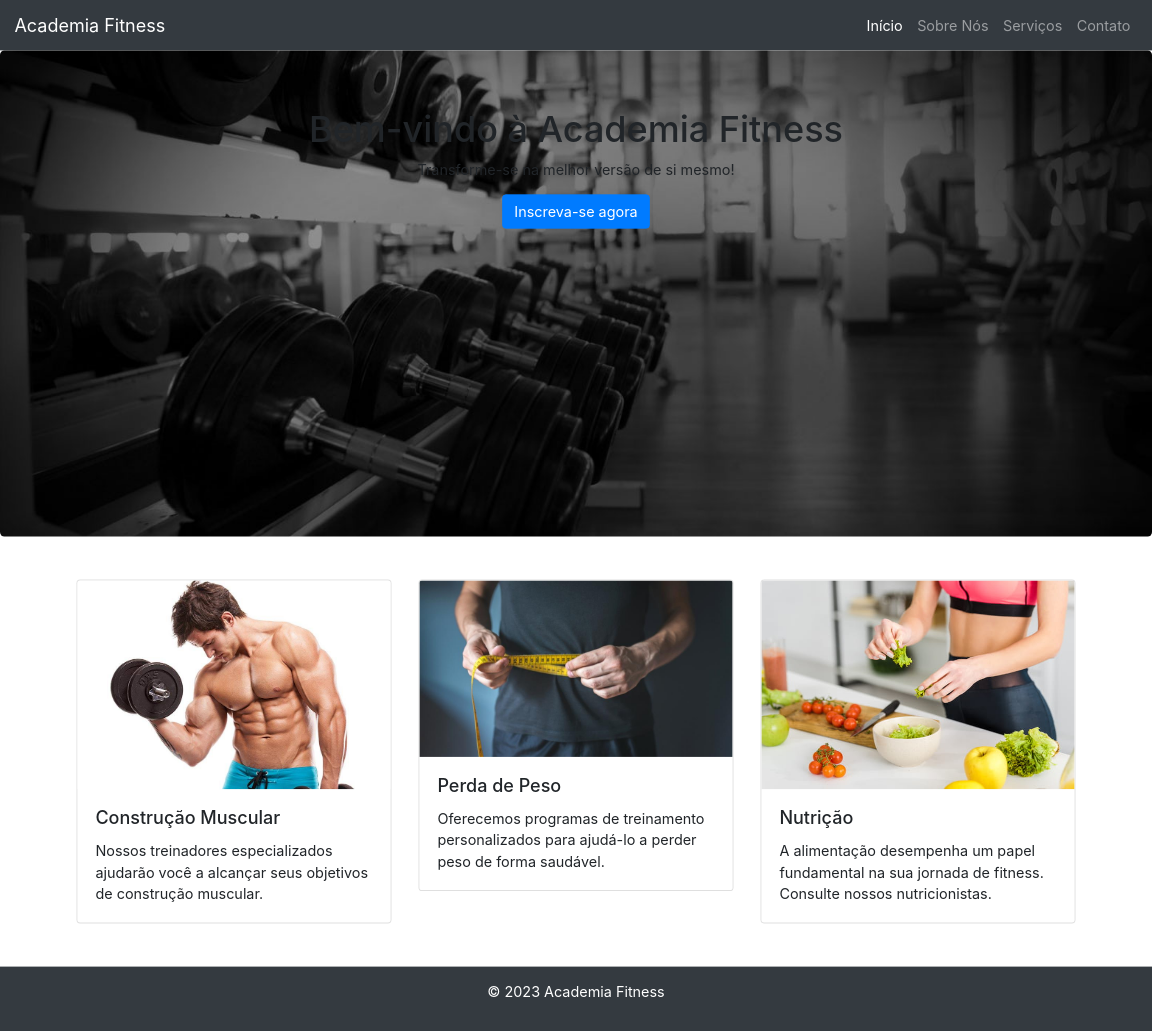
Repository: 01nethy/pratica14
Page: index.html
An editor plug-in stored every save of this project. The page is shown before and after the next save, followed by the edit.
The browser window is 1280 px wide. The pictures show the whole page, at 90% of full size.

Above is the page before, as saved 2023-09-07 23:17:51.

After the next save:
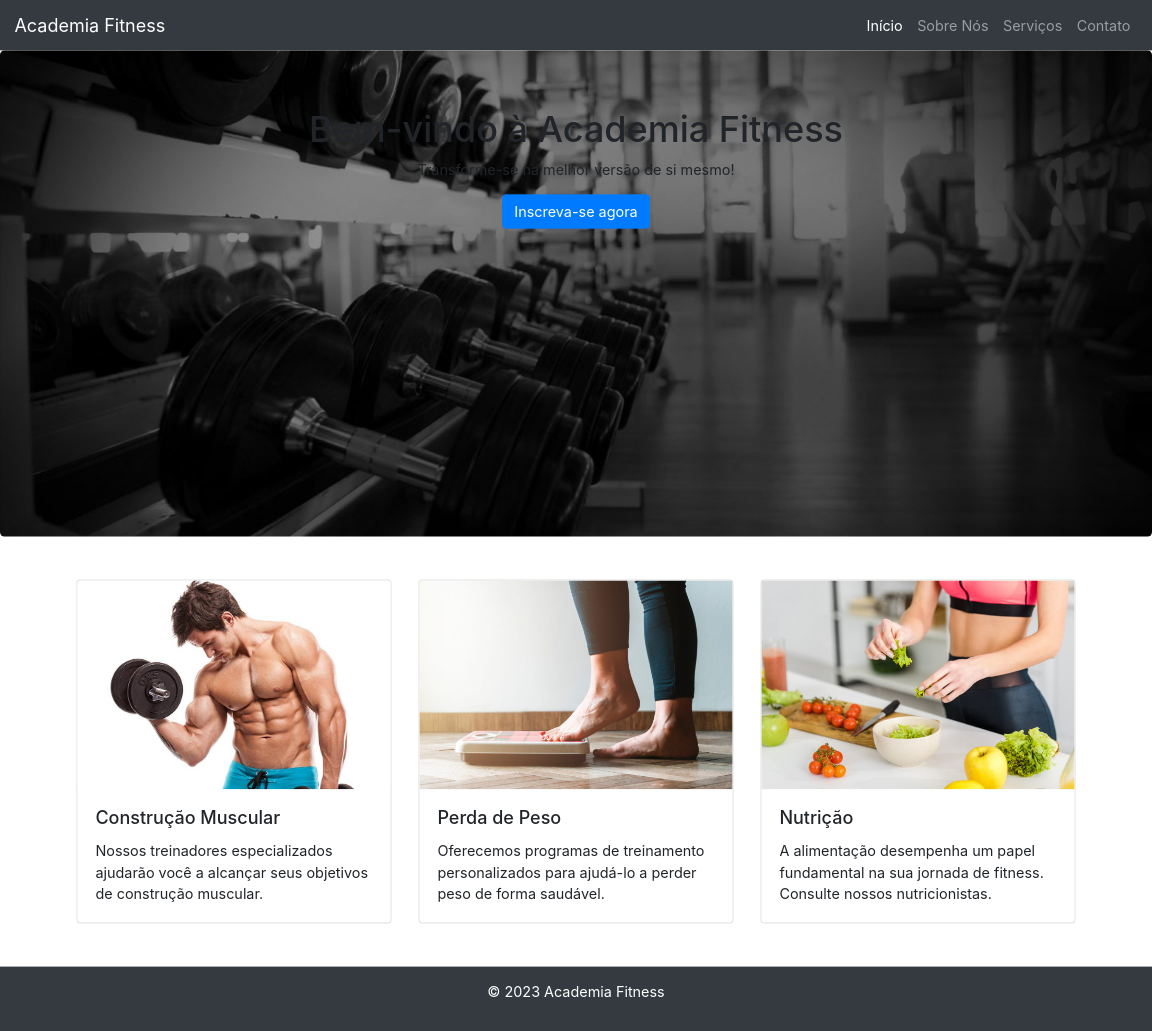
Saved 3 min 49 s later.
--- a/index.html
+++ b/index.html
@@ -54,7 +54,7 @@
         </div>
         <div class="col-md-4">
             <div class="card">
-                <img src="peso.jpg" class="card-img-top" alt="Weight Loss">
+                <img src="peso.jpeg" class="card-img-top" alt="Weight Loss">
                 <div class="card-body">
                     <h5 class="card-title">Perda de Peso</h5>
                     <p class="card-text">Oferecemos programas de treinamento personalizados para ajudá-lo a perder peso de forma saudável.</p>
